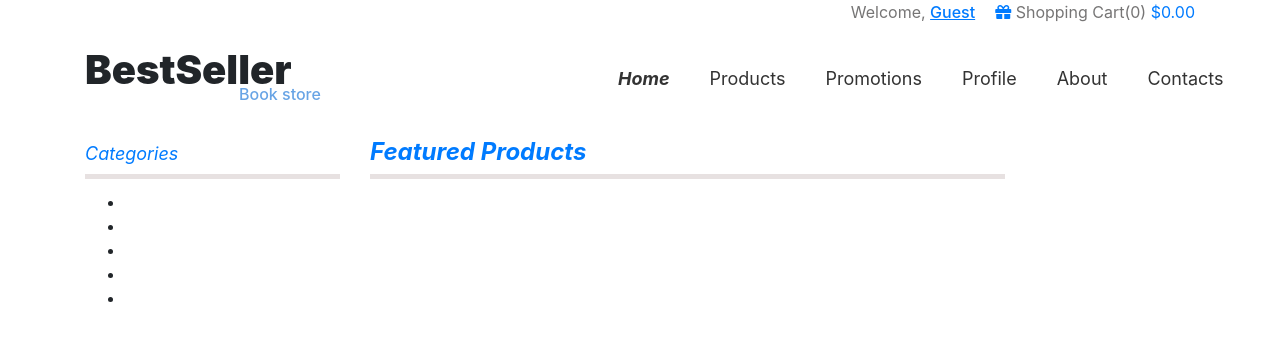
Repository: phunobi1807/BestSeller
Page: index.html
The author's editor kept a copy of each file at every save. The page is drawn from the files as they stood at one save, then again after the next save.
The browser window is 1280 px wide. The pictures show the whole page.

Above is the page before, as saved 2021-06-28 23:08:18.

After the next save:
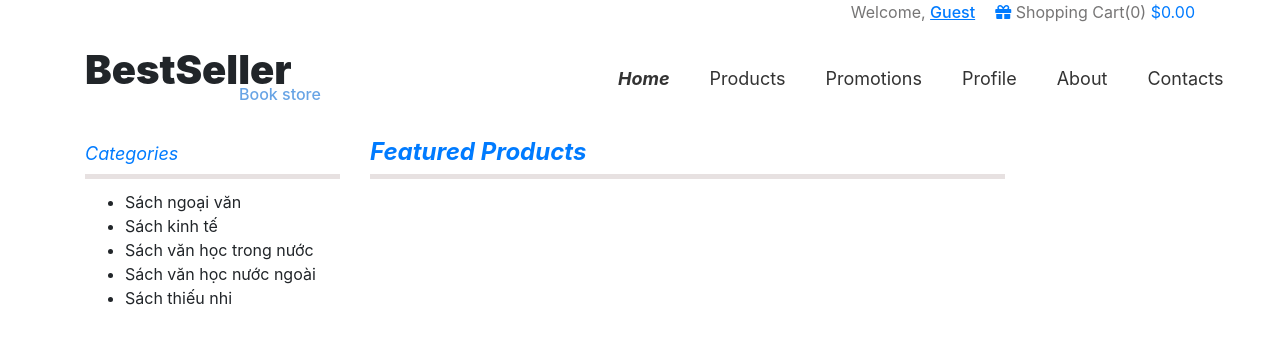
Saved 37 s later.
--- a/index.html
+++ b/index.html
@@ -52,11 +52,11 @@
                             Categories
                         </p>
                         <ul class="side-bar__list">
-                            <li class="side-bar__list-item"></li>
-                            <li class="side-bar__list-item"></li>
-                            <li class="side-bar__list-item"></li>
-                            <li class="side-bar__list-item"></li>
-                            <li class="side-bar__list-item"></li>
+                            <li class="side-bar__list-item">Sách ngoại văn</li>
+                            <li class="side-bar__list-item">Sách kinh tế</li>
+                            <li class="side-bar__list-item">Sách văn học trong nước</li>
+                            <li class="side-bar__list-item">Sách văn học nước ngoài</li>
+                            <li class="side-bar__list-item">Sách thiếu nhi</li>
                         </ul>
                     </div>
                 </div>
